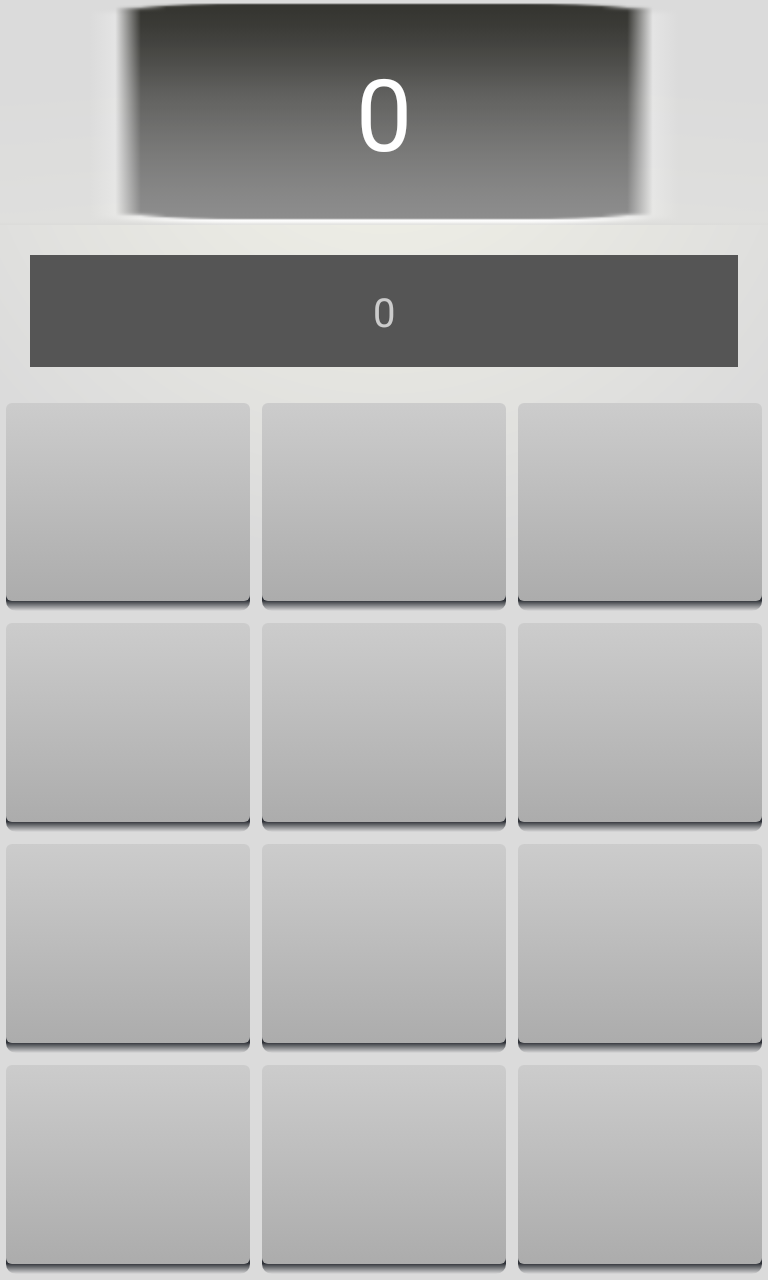
Repository: DaleJulian/Remote-Control
Layout: RemoteControl/res/layout/fragment_remote_control.xml
An editor plug-in stored every save of this project. The layout is shown before and after the next save, followed by the edit.
It is drawn on a 768 x 1280 px phone screen (xhdpi) without system bars, with theme AppTheme; the app's code is not run.

Above is the layout before, as saved 2015-06-02 08:10:10.

### RemoteControl/res/layout/fragment_remote_control.xml
<?xml version="1.0" encoding="utf-8"?>
<TableLayout xmlns:android="http://schemas.android.com/apk/res/android"
    android:id="@+id/fragment_remote_control_table_layout"
    android:layout_width="match_parent"
    android:layout_height="match_parent"
  	android:background="@drawable/remote_background"
    android:stretchColumns="*" >

    <TextView
        android:id="@+id/fragment_remote_control_selectedTextView"
        android:layout_width="match_parent"
        android:layout_height="0dp"
        android:layout_weight="2"
        android:background="@drawable/window"
        android:gravity="center"
        android:text="0"
        android:textColor="#ffffff"
        android:textSize="50dp" />

    <TextView
        android:id="@+id/fragment_remote_control_workingTextView"
		android:layout_width="match_parent"
		android:layout_height="0dp"
		android:layout_weight="1"
		android:layout_margin="15dp"
		android:background="#555555"
		android:gravity="center"
		android:text="0"
		android:textColor="#cccccc"
		android:textSize="20dp" />

	<include
	    android:layout_weight="1"
	    layout="@layout/button_row" />
	<include
	    android:layout_weight="1"
	    layout="@layout/button_row" />
    <include
	    android:layout_weight="1"
	    layout="@layout/button_row" />
    <include
	    android:layout_weight="1"
	    layout="@layout/button_row" />
</TableLayout>

### RemoteControl/res/drawable/remote_background.xml
<?xml version="1.0" encoding="utf-8"?>
<shape xmlns:android="http://schemas.android.com/apk/res/android" >
  <gradient
    android:centerY="0.05"
    android:endColor="#dbdbdb"
    android:gradientRadius="500"
    android:startColor="#f4f4e9"
    android:type="radial" />
</shape>

### RemoteControl/res/layout/button_row.xml
<?xml version="1.0" encoding="utf-8"?>
	<TableRow xmlns:android="http://schemas.android.com/apk/res/android" >
	<Button style="@style/RemoteButton" />
	<Button style="@style/RemoteButton" />
	<Button style="@style/RemoteButton" />
</TableRow>

### RemoteControl/res/drawable/button_shape_shadowed.xml
<?xml version="1.0" encoding="utf-8"?>
<layer-list xmlns:android="http://schemas.android.com/apk/res/android" >
  <item>
    <shape android:shape="rectangle" >
      <corners android:radius="5dp" />

      <gradient
        android:angle="90"
        android:centerColor="#303339"
        android:centerY="0.05"
        android:endColor="#000000"
        android:startColor="#00000000" />
    </shape>
  </item>
  <item>
    <inset
      android:drawable="@drawable/button_shape"
      android:insetBottom="5dp" />
  </item>
</layer-list>

### RemoteControl/res/drawable/button_text_color.xml
<?xml version="1.0" encoding="utf-8"?>
<selector xmlns:android="http://schemas.android.com/apk/res/android" >
    <item android:state_pressed="false" android:color="#ffffff"/>
    <item android:state_pressed="true" android:color="#556699"/>
</selector>

### RemoteControl/res/drawable/button_shape.xml
<?xml version="1.0" encoding="utf-8"?>
<selector xmlns:android="http://schemas.android.com/apk/res/android">
  <item android:drawable="@drawable/button_shape_normal"
   android:state_pressed="false"/>
  <item android:drawable="@drawable/button_shape_pressed"
    android:state_pressed="true"/>
</selector>

### RemoteControl/res/drawable/button_shape_normal.xml
<?xml version="1.0" encoding="utf-8"?>
<shape xmlns:android="http://schemas.android.com/apk/res/android"
  android:shape="rectangle" >

  <corners android:radius="3dp" />

  <gradient
    android:angle="90"
    android:endColor="#cccccc"
    android:startColor="#acacac" />

</shape>

### RemoteControl/res/drawable/button_shape_pressed.xml
<?xml version="1.0" encoding="utf-8"?>
<shape xmlns:android="http://schemas.android.com/apk/res/android"
  android:shape="rectangle" >

  <corners android:radius="3dp" />

  <gradient
    android:angle="270"
    android:endColor="#cccccc"
    android:startColor="#acacac" />

</shape>

Loaded but not shown: RemoteControl/res/values/styles.xml (common file); RemoteControl/res/values-v11/styles.xml (common file); RemoteControl/res/values-v14/styles.xml (common file)

After the next save:
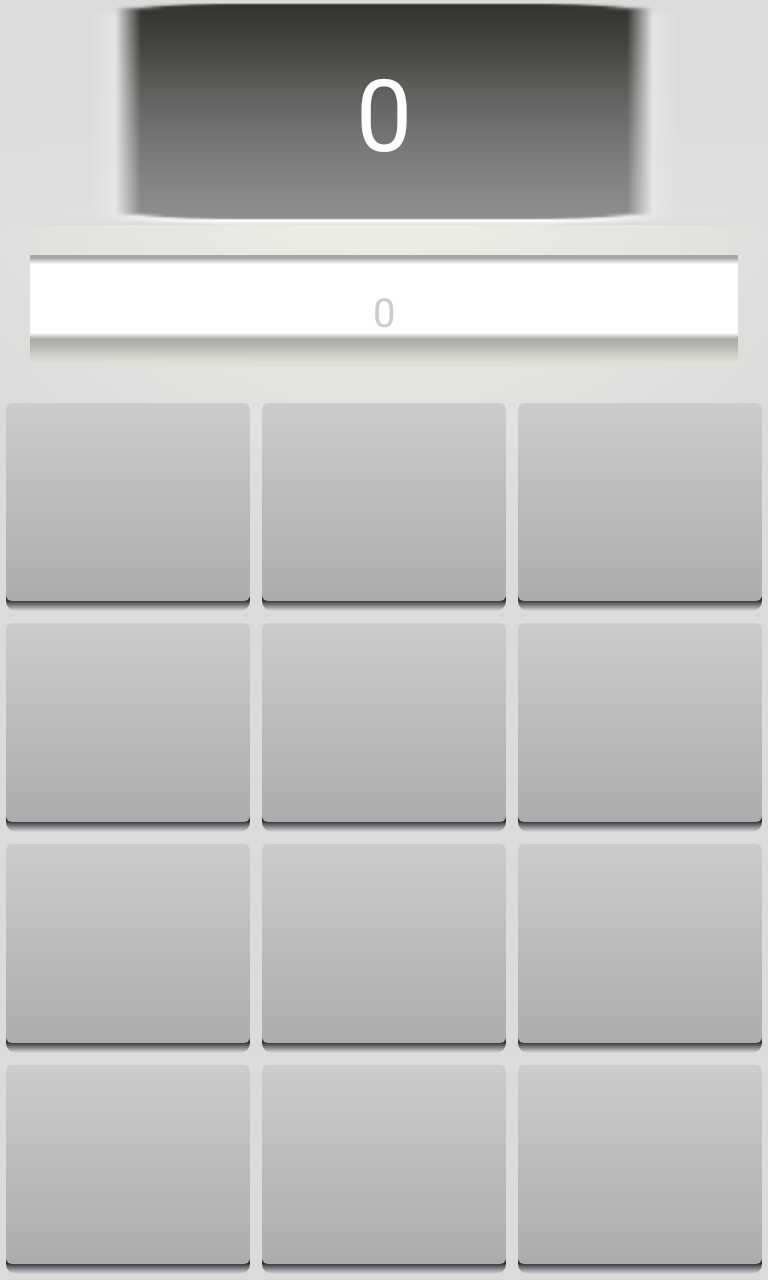
Saved 10 s later.
--- a/RemoteControl/res/layout/fragment_remote_control.xml
+++ b/RemoteControl/res/layout/fragment_remote_control.xml
@@ -23,7 +23,7 @@
 		android:layout_height="0dp"
 		android:layout_weight="1"
 		android:layout_margin="15dp"
-		android:background="#555555"
+		android:background="@drawable/bar"
 		android:gravity="center"
 		android:text="0"
 		android:textColor="#cccccc"
